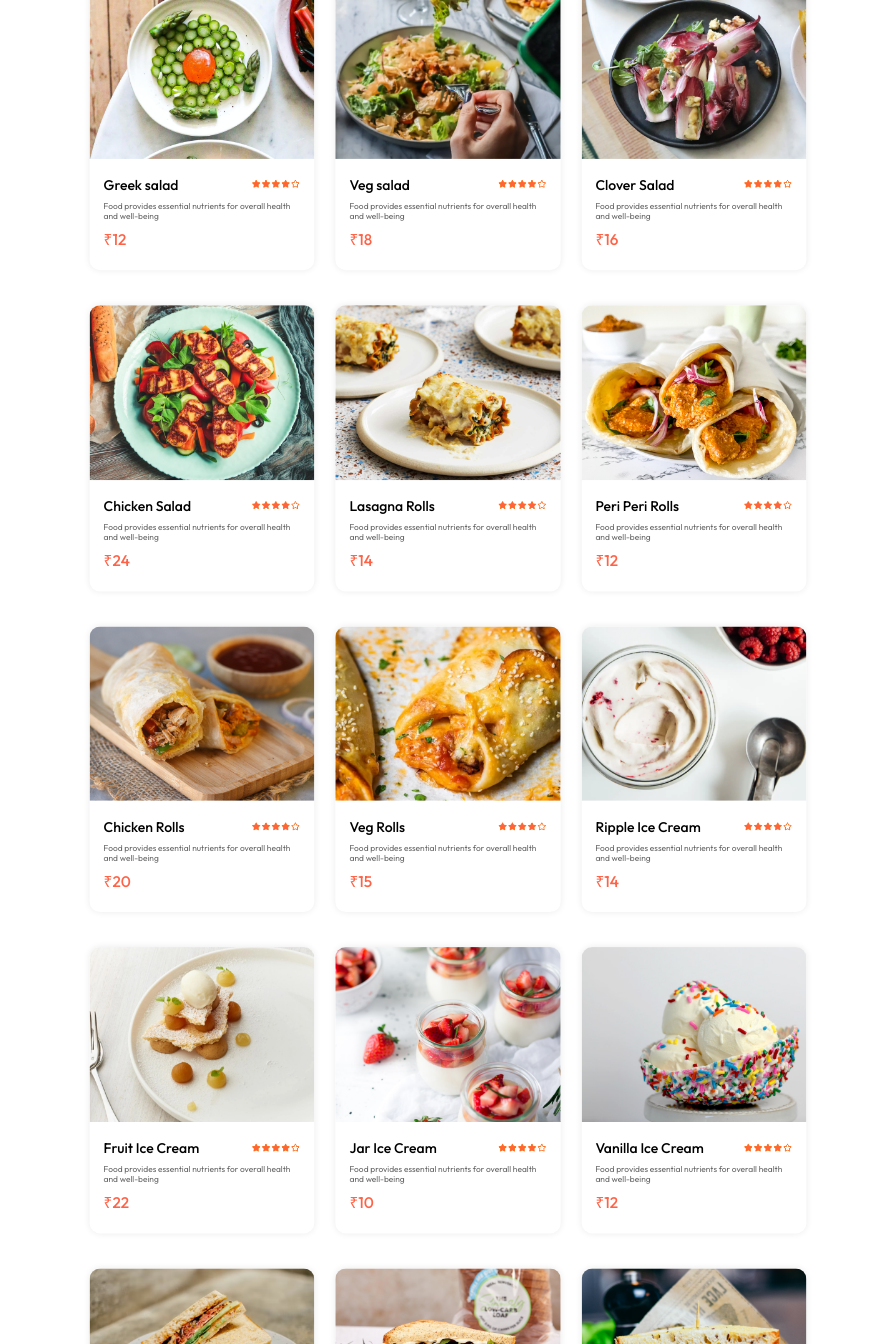
Repository: KartikChouhan03/food-delivery-app
Page: / (app in frontend/)
These files come from the project's save history. The page is drawn as it stood at one moment and after the next save; the edit follows.
The browser window is 1280 px wide. The pictures show the part of the page from y = 1050 to 2970 px (the page is 6025 px tall before and 6619 px after), at 70% of full size.
Some web fonts or font styles are not loaded; a fallback is used. The project was rebuilt for these pictures with package versions that can differ from the ones it lists, and the page was loaded fresh each time. Also part of the build but not shown: frontend/vite.config.js, frontend/src/pages/Cart/Cart.css, frontend/src/pages/Cart/Cart.jsx, frontend/src/pages/PlaceOrder/PlaceOrder.css, frontend/src/pages/PlaceOrder/PlaceOrder.jsx.

Above is the page before, as saved 2025-08-16 00:28:19.

### frontend/index.html
<!doctype html>
<html lang="en">
  <head>
    <meta charset="UTF-8" />
    <link rel="icon" type="image/svg+xml" href="" />
    <meta name="viewport" content="width=device-width, initial-scale=1.0" />
    <title>Foodify</title>
  </head>
  <body>
    <div id="root"></div>
    <script type="module" src="/src/main.jsx"></script>
  </body>
</html>

### frontend/src/main.jsx
import { createRoot } from 'react-dom/client'
import './index.css'
import App from './App.jsx'
import { BrowserRouter} from 'react-router-dom'
import StoreContextProvider from './context/StoreContext.jsx'


createRoot(document.getElementById('root')).render(
  <BrowserRouter>
    <StoreContextProvider>
      <App />
    </StoreContextProvider>
  </BrowserRouter>


)

### frontend/src/index.css

@import url('https://fonts.googleapis.com/css2?family=Montserrat:ital,wght@0,100..900;1,100..900&family=Outfit:wght@100..900&family=Playfair+Display:ital,wght@0,400..900;1,400..900&display=swap');


*{
  padding: 0;
  margin: 0;
  box-sizing: border-box;
  font-family: Outfit;
}

body{
  min-height: 100vh;
}

a{
  text-decoration: none;
  color: inherit;
}

.app{
  width: 80%;
  margin: auto;
}

@keyframes fadeIn{
  0%{
    opacity: 0;
  }
  100%{
    opacity: 1;
  }
}

### frontend/src/App.jsx
import React from 'react'
import Navbar from './components/Navbar/Navbar'
import { Route, Routes } from 'react-router-dom'
import Home from './pages/Home/Home'
import Cart from './pages/Cart/Cart'
import PlaceOrder from './pages/PlaceOrder/PlaceOrder'


const App = () => {
  return (
    <div className='app'>
      <Navbar/>
      <Routes>
        <Route path="/" element={<Home />} />
        <Route path="/cart" element={<Cart />} />
        <Route path="/order" element={<PlaceOrder/>} />
      </Routes>
    </div>
  )
}

export default App

### frontend/src/context/StoreContext.jsx
import { createContext } from "react";
import { food_list } from "../assets/assets";


export const StoreContext = createContext(null)

const StoreContextProvider = (props) =>{


    const contextValue = {
        food_list
    }



    return (
        <StoreContext.Provider value ={contextValue}>
            {props.children}
        </StoreContext.Provider>
    )

}

export default StoreContextProvider;

### frontend/src/components/Navbar/Navbar.jsx
import React, { useState } from 'react'
import './Navbar.css'
import {assets} from '../../assets/assets.js'


const Navbar = () => {

  const [menu,setMenu] = useState("home");


  return (
    <div className='navbar'>
      <img className='logo' src={assets.logo} alt="" />
      <ul className='navbar-menu'>
        <li onClick={()=>setMenu("home")} className={menu==="home"?"active":""}>home</li>
        <li onClick={()=>setMenu("menu")} className={menu==="menu"?"active":""}>menu</li>
        <li onClick={()=>setMenu("mobile-app")} className={menu==="mobile-app"?"active":""}>mobile-app</li>
        <li onClick={()=>setMenu("contact-us")} className={menu==="contact-us"?"active":""}>contact us</li>
      </ul>
      <div className="navbar-right">
        <img src={assets.search_icon} alt="" />
        <div className='navbar-search-icon'>
          <img src={assets.basket_icon} alt="" />
          <div className='dot'></div>
        </div>
        <button>Sign in</button>
      </div>
    </div>
  )
}

export default Navbar

### frontend/src/pages/Home/Home.jsx
import React, { useState } from 'react'
import './Home.css'
import Header from '../../components/Header/Header'
import ExploreMenu from '../../components/ExploreMenu/ExploreMenu'
import FoodDisplay from '../../components/FoodDisplay/FoodDisplay'

const Home = () => {

    const [category,setCategory] = useState("All");

  return (
    <div>
      <Header/>
      <ExploreMenu category={category} setCategory={setCategory} />
      <FoodDisplay category={category}/>
    </div>
  )
}

export default Home

### frontend/src/assets/assets.js
import basket_icon from './basket_icon.png'
import logo from './logo.png'
import header_img from './header_img.png'
import search_icon from './search_icon.png'
import menu_1 from './menu_1.png'
import menu_2 from './menu_2.png'
import menu_3 from './menu_3.png'
import menu_4 from './menu_4.png'
import menu_5 from './menu_5.png'
import menu_6 from './menu_6.png'
import menu_7 from './menu_7.png'
import menu_8 from './menu_8.png'

import food_1 from './food_1.png'
import food_2 from './food_2.png'
import food_3 from './food_3.png'
import food_4 from './food_4.png'
import food_5 from './food_5.png'
import food_6 from './food_6.png'
import food_7 from './food_7.png'
import food_8 from './food_8.png'
import food_9 from './food_9.png'
import food_10 from './food_10.png'
import food_11 from './food_11.png'
import food_12 from './food_12.png'
import food_13 from './food_13.png'
import food_14 from './food_14.png'
import food_15 from './food_15.png'
import food_16 from './food_16.png'
import food_17 from './food_17.png'
import food_18 from './food_18.png'
import food_19 from './food_19.png'
import food_20 from './food_20.png'
import food_21 from './food_21.png'
import food_22 from './food_22.png'
import food_23 from './food_23.png'
import food_24 from './food_24.png'
import food_25 from './food_25.png'
import food_26 from './food_26.png'
import food_27 from './food_27.png'
import food_28 from './food_28.png'
import food_29 from './food_29.png'
import food_30 from './food_30.png'
import food_31 from './food_31.png'
import food_32 from './food_32.png'

import add_icon_white from './add_icon_white.png'
import add_icon_green from './add_icon_green.png'
import remove_icon_red from './remove_icon_red.png'
import app_store from './app_store.png'
import play_store from './play_store.png'
import linkedin_icon from './linkedin_icon.png'
import facebook_icon from './facebook_icon.png'
import twitter_icon from './twitter_icon.png'
import cross_icon from './cross_icon.png'
import selector_icon from './selector_icon.png'
import rating_starts from './rating_starts.png'
import profile_icon from './profile_icon.png'
import bag_icon from './bag_icon.png'
import logout_icon from './logout_icon.png'
import parcel_icon from './parcel_icon.png'

export const assets = {
    logo,
    basket_icon,
    header_img,
    search_icon,
    rating_starts,
    add_icon_green,
    add_icon_white,
    remove_icon_red,
    app_store,
    play_store,
    linkedin_icon,
    facebook_icon,
    twitter_icon,
    cross_icon,
    selector_icon,
    profile_icon,
    logout_icon,
    bag_icon,
    parcel_icon
}

export const menu_list = [
    {
        menu_name: "Salad",
        menu_image: menu_1
    },
    {
        menu_name: "Rolls",
        menu_image: menu_2
    },
    {
        menu_name: "Deserts",
        menu_image: menu_3
    },
    {
        menu_name: "Sandwich",
        menu_image: menu_4
    },
    {
        menu_name: "Cake",
        menu_image: menu_5
    },
    {
        menu_name: "Pure Veg",
        menu_image: menu_6
    },
    {
        menu_name: "Pasta",
        menu_image: menu_7
    },
    {
        menu_name: "Noodles",
        menu_image: menu_8
    }]

export const food_list = [
    {
        _id: "1",
        name: "Greek salad",
        image: food_1,
        price: 12,
        description: "Food provides essential nutrients for overall health and well-being",
        category: "Salad"
    },
    {
        _id: "2",
        name: "Veg salad",
        image: food_2,
        price: 18,
        description: "Food provides essential nutrients for overall health and well-being",
        category: "Salad"
    }, {
        _id: "3",
        name: "Clover Salad",
        image: food_3,
        price: 16,
        description: "Food provides essential nutrients for overall health and well-being",
        category: "Salad"
    }, {
        _id: "4",
        name: "Chicken Salad",
        image: food_4,
        price: 24,
        description: "Food provides essential nutrients for overall health and well-being",
        category: "Salad"
    }, {
        _id: "5",
        name: "Lasagna Rolls",
        image: food_5,
        price: 14,
        description: "Food provides essential nutrients for overall health and well-being",
        category: "Rolls"
    }, {
        _id: "6",
        name: "Peri Peri Rolls",
        image: food_6,
        price: 12,
        description: "Food provides essential nutrients for overall health and well-being",
        category: "Rolls"
    }, {
        _id: "7",
        name: "Chicken Rolls",
        image: food_7,
        price: 20,
        description: "Food provides essential nutrients for overall health and well-being",
        category: "Rolls"
    }, {
        _id: "8",
        name: "Veg Rolls",
        image: food_8,
        price: 15,
        description: "Food provides essential nutrients for overall health and well-being",
        category: "Rolls"
    }, {
        _id: "9",
        name: "Ripple Ice Cream",
        image: food_9,
        price: 14,
        description: "Food provides essential nutrients for overall health and well-being",
        category: "Deserts"
    }, {
        _id: "10",
        name: "Fruit Ice Cream",
        image: food_10,
        price: 22,
        description: "Food provides essential nutrients for overall health and well-being",
        category: "Deserts"
    }, {
        _id: "11",
        name: "Jar Ice Cream",
        image: food_11,
        price: 10,
        description: "Food provides essential nutrients for overall health and well-being",
        category: "Deserts"
    }, {
        _id: "12",
        name: "Vanilla Ice Cream",
        image: food_12,
        price: 12,
        description: "Food provides essential nutrients for overall health and well-being",
        category: "Deserts"
    },
    {
        _id: "13",
        name: "Chicken Sandwich",
        image: food_13,
        price: 12,
        description: "Food provides essential nutrients for overall health and well-being",
        category: "Sandwich"
    },
    {
        _id: "14",
        name: "Vegan Sandwich",
        image: food_14,
        price: 18,
        description: "Food provides essential nutrients for overall health and well-being",
        category: "Sandwich"
    }, {
        _id: "15",
        name: "Grilled Sandwich",
        image: food_15,
        price: 16,
        description: "Food provides essential nutrients for overall health and well-being",
        category: "Sandwich"
    }, {
        _id: "16",
        name: "Bread Sandwich",
        image: food_16,
        price: 24,
        description: "Food provides essential nutrients for overall health and well-being",
        category: "Sandwich"
    }, {
        _id: "17",
        name: "Cup Cake",
        image: food_17,
        price: 14,
        description: "Food provides essential nutrients for overall health and well-being",
        category: "Cake"
    }, {
        _id: "18",
        name: "Vegan Cake",
        image: food_18,
        price: 12,
        description: "Food provides essential nutrients for overall health and well-being",
        category: "Cake"
    }, {
        _id: "19",
        name: "Butterscotch Cake",
        image: food_19,
        price: 20,
        description: "Food provides essential nutrients for overall health and well-being",
        category: "Cake"
    }, {
        _id: "20",
        name: "Sliced Cake",
        image: food_20,
        price: 15,
        description: "Food provides essential nutrients for overall health and well-being",
        category: "Cake"
    }, {
        _id: "21",
        name: "Garlic Mushroom ",
        image: food_21,
        price: 14,
        description: "Food provides essential nutrients for overall health and well-being",
        category: "Pure Veg"
    }, {
        _id: "22",
        name: "Fried Cauliflower",
        image: food_22,
        price: 22,
        description: "Food provides essential nutrients for overall health and well-being",
        category: "Pure Veg"
    }, {
        _id: "23",
        name: "Mix Veg Pulao",
        image: food_23,
        price: 10,
        description: "Food provides essential nutrients for overall health and well-being",
        category: "Pure Veg"
    }, {
        _id: "24",
        name: "Rice Zucchini",
        image: food_24,
        price: 12,
        description: "Food provides essential nutrients for overall health and well-being",
        category: "Pure Veg"
    },
    {
        _id: "25",
        name: "Cheese Pasta",
        image: food_25,
        price: 12,
        description: "Food provides essential nutrients for overall health and well-being",
        category: "Pasta"
    },
    {
        _id: "26",
        name: "Tomato Pasta",
        image: food_26,
        price: 18,
        description: "Food provides essential nutrients for overall health and well-being",
        category: "Pasta"
    }, {
        _id: "27",
        name: "Creamy Pasta",
        image: food_27,
        price: 16,
        description: "Food provides essential nutrients for overall health and well-being",
        category: "Pasta"
    }, {
        _id: "28",
        name: "Chicken Pasta",
        image: food_28,
        price: 24,
        description: "Food provides essential nutrients for overall health and well-being",
        category: "Pasta"
    }, {
        _id: "29",
        name: "Buttter Noodles",
        image: food_29,
        price: 14,
        description: "Food provides essential nutrients for overall health and well-being",
        category: "Noodles"
    }, {
        _id: "30",
        name: "Veg Noodles",
        image: food_30,
        price: 12,
        description: "Food provides essential nutrients for overall health and well-being",
        category: "Noodles"
    }, {
        _id: "31",
        name: "Somen Noodles",
        image: food_31,
        price: 20,
        description: "Food provides essential nutrients for overall health and well-being",
        category: "Noodles"
    }, {
        _id: "32",
        name: "Cooked Noodles",
        image: food_32,
        price: 15,
        description: "Food provides essential nutrients for overall health and well-being",
        category: "Noodles"
    }
]

### frontend/src/components/Navbar/Navbar.css
.navbar{
    padding: 20px 0px;
    display: flex;
    justify-content: space-between;
    align-items: center;
}

.navbar .logo{
    width: 150px;
}

.navbar-menu{
    display: flex;
    list-style: none;
    gap: 20px;
    color: #49557e;
    font-size: 18px;
}

.navbar-right{
    display: flex;
    align-items: center;
    gap: 40px;
}

.navbar button{
    background: transparent;
    font-size: 16px;
    color: #49557e;
    border: 1px solid tomato;
    padding: 10px 30px;
    border-radius: 50px;
    cursor: pointer;
    transition: 0.4s;
}

.navbar button:hover{
    background-color: #fff4f2;
}

.navbar .active{
    padding-bottom: 2px;
    border-bottom: 2px solid #49557e;
}

.navbar li{
    cursor: pointer;
}

.navbar-search-icon {
    position: relative;
}

.navbar-search-icon .dot{
    position: absolute;
    min-width: 10px;
    min-height: 10px;
    background-color: tomato;
    border-radius:5px ;
    top: -8px;
    right: -8px;
}

### frontend/src/components/Header/Header.jsx
import React from 'react'
import './Header.css'

const Header = () => {
  return (
    <div className='header'>
      <div className="header-contents">
        <h2>Order your favourite food here</h2>
        <p>Choose from a diverse menu featuring a delectable array of dishes crafted with the finest ingredients and culinary expertise. Our mission is to statisfy your craving and elevate your dining experience, one delicious meal at a time.</p>
        <button>View Menu</button>
      </div>
    </div>
  )
}

export default Header

### frontend/src/components/ExploreMenu/ExploreMenu.jsx
import React from 'react'
import './ExploreMenu.css'
import { menu_list } from '../../assets/assets.js'


const ExploreMenu = ({category,setCategory}) => {
  return (
    <div className='explore-menu' id='explore-menu'>
      <h1>Explore our menu</h1>
      <p className='explore-menu-text'>Choose from a diverse menu featuring a delectable array of dishes crafted with the finest ingredients and culinary expertise. Our mission is to statisfy your craving and elevate your dining experience, one delicious meal at a time. </p>
      <div className='explore-menu-list'>
        {menu_list.map((item, index)=>{
            return(
                <div onClick={()=>setCategory(prev=>prev===item.menu_name?"All":item.menu_name)} key={index} className="explore-menu-list-item">
                    <img className={category===item.menu_name?"active":""} src={item.menu_image} alt="" />
                    <p>{item.menu_name}</p>
                </div>
            )
        })}
      </div>
      <hr />
    </div>
  )
}

export default ExploreMenu

### frontend/src/components/FoodDisplay/FoodDisplay.jsx
import React, { useContext } from 'react'
import './FoodDisplay.css'
import { StoreContext } from '../../context/StoreContext'
import FoodItem from '../FoodItem/FoodItem'


const FoodDisplay = (category) => {

    const {food_list} = useContext(StoreContext)

  return (
    <div className='food-display' id='food-display'>
       <h2>Top dishes near you</h2>
       <div className="food-display-list">
        {food_list.map((item,index)=>{
            return <FoodItem key={index} id={item.id} name={item.name} description={item.description} price= {item.price} image={item.image}/>
        })}
       </div>
    </div>
  )
}

export default FoodDisplay

### frontend/src/components/Header/Header.css
.header{
    height: 34vw;
    margin: 30px auto;
    background:url('./header_img.png') no-repeat ;
    background-size: contain;
    position: relative;
}

.header-contents{
    position: absolute;
    display: flex;
    flex-direction: column;
    align-items: start;
    gap: 1.5vw;
    max-width: 50%;
    bottom: 10%;
    left: 6vw;
    animation:fadeIn 3s;
}

.header-contents h2{
    font-weight: 500;
    color:white;
    font-size: max(4.5vw, 22px) ;

}

.header-contents p{
    color: white;
    font-size: 1vw;
}

.header-contents button{
    border: none;
    color: #747474;
    font-weight: 500;
    padding: 1vw 2.3vw;
    background-color: white;
    font-size: max(1vw,13px);
    border-radius:50px ;
}

### frontend/src/components/ExploreMenu/ExploreMenu.css
.explore-menu{
    display: flex;
    flex-direction: column ;
    gap: 20px;
}

.explore-menu h1{
    color: #262626;
    font-weight: 500;
}

.explore-menu-text{
    max-width: 60%;
    columns: #808080;
}

.explore-menu-list{
    display: flex;
    justify-content: space-between;
    align-items: center;
    gap: 30px;
    text-align: center;
    margin: 20px 0px;
    overflow: scroll;
}

.explore-menu-list::-webkit-scrollbar{
    display: none;
}

.explore-menu-list-item img{
    width: 7.5vw;
    min-width: 80px;
    cursor: pointer;
    border-radius: 50%;
    transition: 0.3s;
}

.explore-menu-list-item p {
    margin-top: 10px;
    color: #747474;
    font-size: max(1.4vw,16px);
    cursor: pointer;
}

.explore-menu hr{
    margin: 10px 0px;
    height: 2px;
    background-color: #e2e2e2;
    border: none;
}

.explore-menu-list-item .active{
    border: 4px solid tomato;
    padding: 32;
}

### frontend/src/components/FoodDisplay/FoodDisplay.css
.food-display{
    margin-top: 30px;
}

.food-display h2{
    font-size: max(2vw,24px);
    font-weight: 600;
}

.food-display-list{
    display: grid;
    grid-template-columns: repeat(auto-fill,minmax(240px,1fr));
    margin-top: 30px;
    gap:30px;
    row-gap: 50px;
}

### frontend/src/components/FoodItem/FoodItem.jsx
import React from 'react'
import './FoodItem.css'
import { assets } from '../../assets/assets'

const FoodItem = ({id, name, price, description, image}) => {
  return (
    <div className='food-item'>
      <div className="food-item-img-container">
        <img className="food-item-image" src={image} alt={name} />
      </div>
      <div className="food-item-info">
        <div className="food-item-name-rating">
            <p>{name}</p>
            <img src={assets.rating_starts} alt="rating" />
        </div>
        <p className="food-item-desc">{description}</p>
        <p className="food-item-price">₹{price}</p>
      </div>
    </div>
  )
}

export default FoodItem

### frontend/src/components/FoodItem/FoodItem.css
.food-item{
    width: 100%;
    margin: auto;
    border-radius:15px ;
    box-shadow: 0px 0px 10px #00000015;
    transition: 0.3s;
    animation: fadeIn 1s;
}

.food-item-image{
    width: 100%;
    border-radius:15px 15px 0px 0px ;
}

.food-item-info{
    padding: 20px;
}

.food-item-name-rating{
    display: flex;
    justify-content: space-between;
    margin-bottom: 10px;
    align-items: center;
}

.food-item-name-rating p{
    font-size: 20px;
    font-weight: 500;
}

.food-item-name-rating img{
    width: 70px;
}

.food-item-desc{
    color: #676767;
    font-size: 12px;
}

.food-item-price{
    color: tomato;
    font-size: 22px;
    font-weight: 500;
    margin: 10px 0px;
}

Loaded but not shown: frontend/src/pages/Home/Home.css (no stored copy; drawn as an empty file)

After the next save:
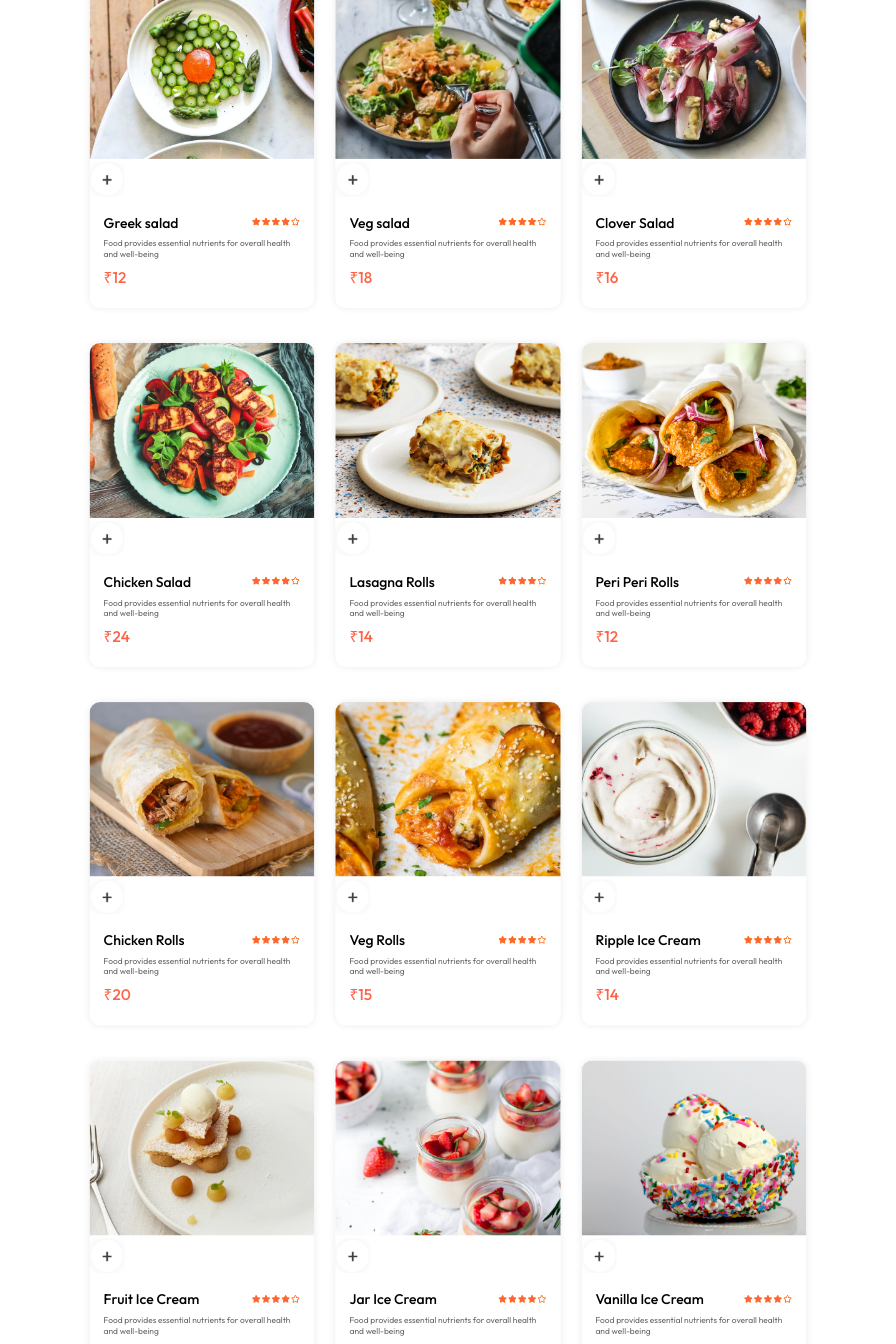
Saved 3 min 58 s later.
--- a/frontend/src/components/FoodItem/FoodItem.jsx
+++ b/frontend/src/components/FoodItem/FoodItem.jsx
@@ -1,12 +1,22 @@
-import React from 'react'
+import React, { useState } from 'react'
 import './FoodItem.css'
 import { assets } from '../../assets/assets'
 
 const FoodItem = ({id, name, price, description, image}) => {
+
+  const [itemCount, setItemCount]= useState(0)
+
   return (
     <div className='food-item'>
       <div className="food-item-img-container">
         <img className="food-item-image" src={image} alt={name} />
+        {
+          !itemCount
+            ? <img className='add' onClick={()=>setItemCount(prev+1)} src={assets.add_icon_white}/> :
+              <div className='foot-item-counter'>
+
+              </div>
+        }
       </div>
       <div className="food-item-info">
         <div className="food-item-name-rating">
